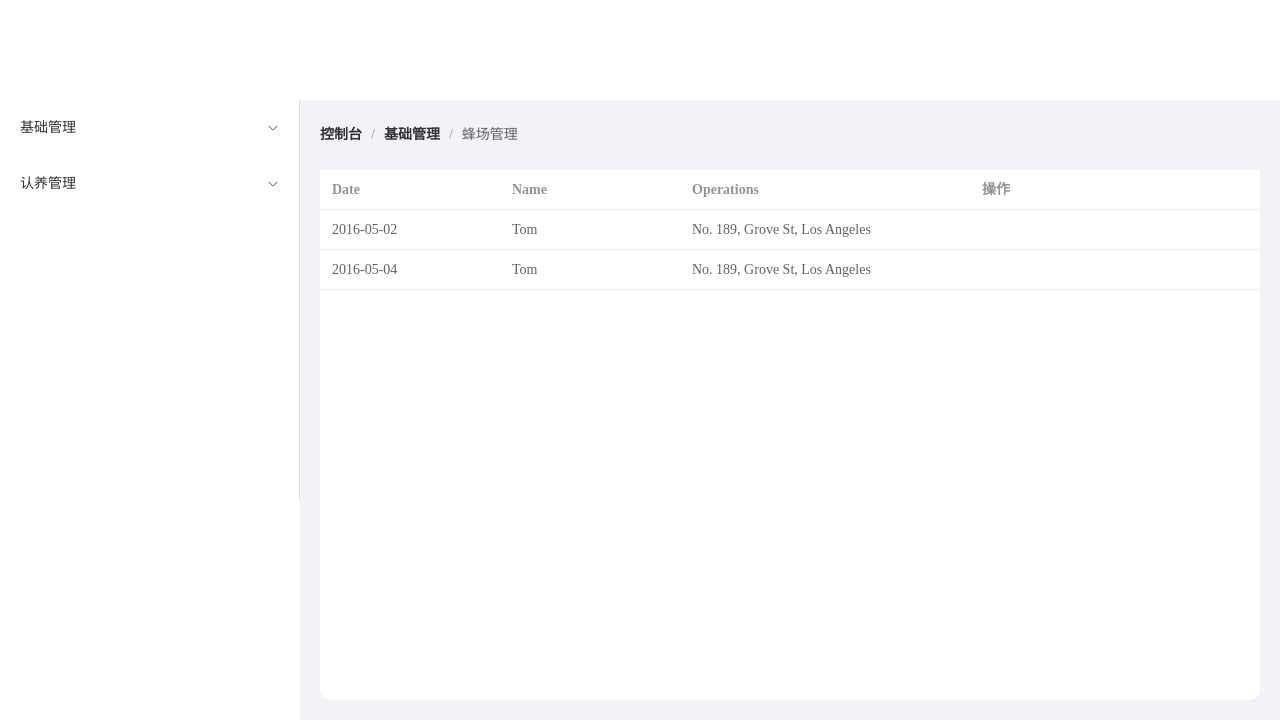
Repository: secret47/test-office-demo
Page: /dashboard/basic/farm
An editor plug-in stored every save of this project. The page is shown before and after the next save, followed by the edit.
The browser window is 1280 px wide. The pictures show the whole page.
The project was rebuilt for these pictures with package versions that can differ from the ones it lists, and the page was loaded fresh each time. Also part of the build but not shown: vite.config.js.

Above is the page before, as saved 2024-10-29 10:33:21.

After the next save:
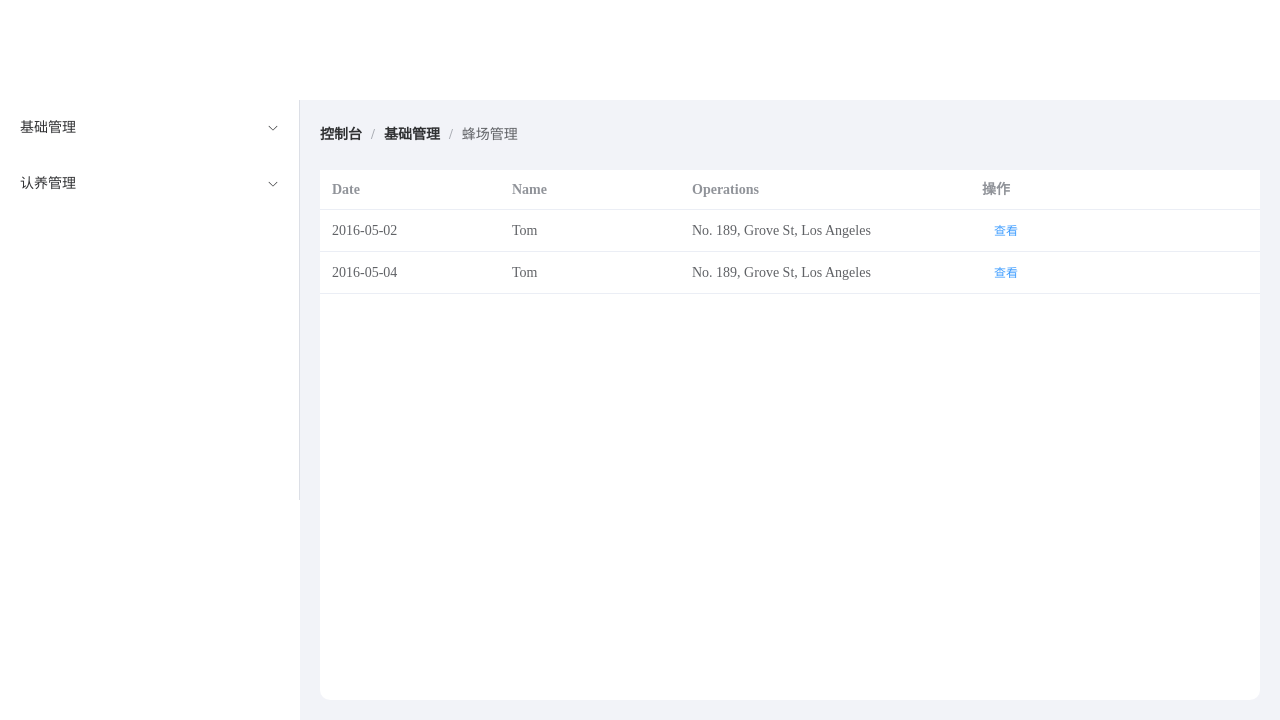
Saved 10 s later.
--- a/src/views/dashboard/basic/farm/index.vue
+++ b/src/views/dashboard/basic/farm/index.vue
@@ -5,7 +5,9 @@
             <el-table-column prop="name" label="Name" width="180"></el-table-column>
             <el-table-column prop="address" label="Operations"></el-table-column>
             <el-table-column label="操作">
-
+                <template #default="scope">
+                    <el-button @click="handleClick(scope.row)" type="text" size="small">查看</el-button>
+                </template>
             </el-table-column>
         </el-table>
     </div>
